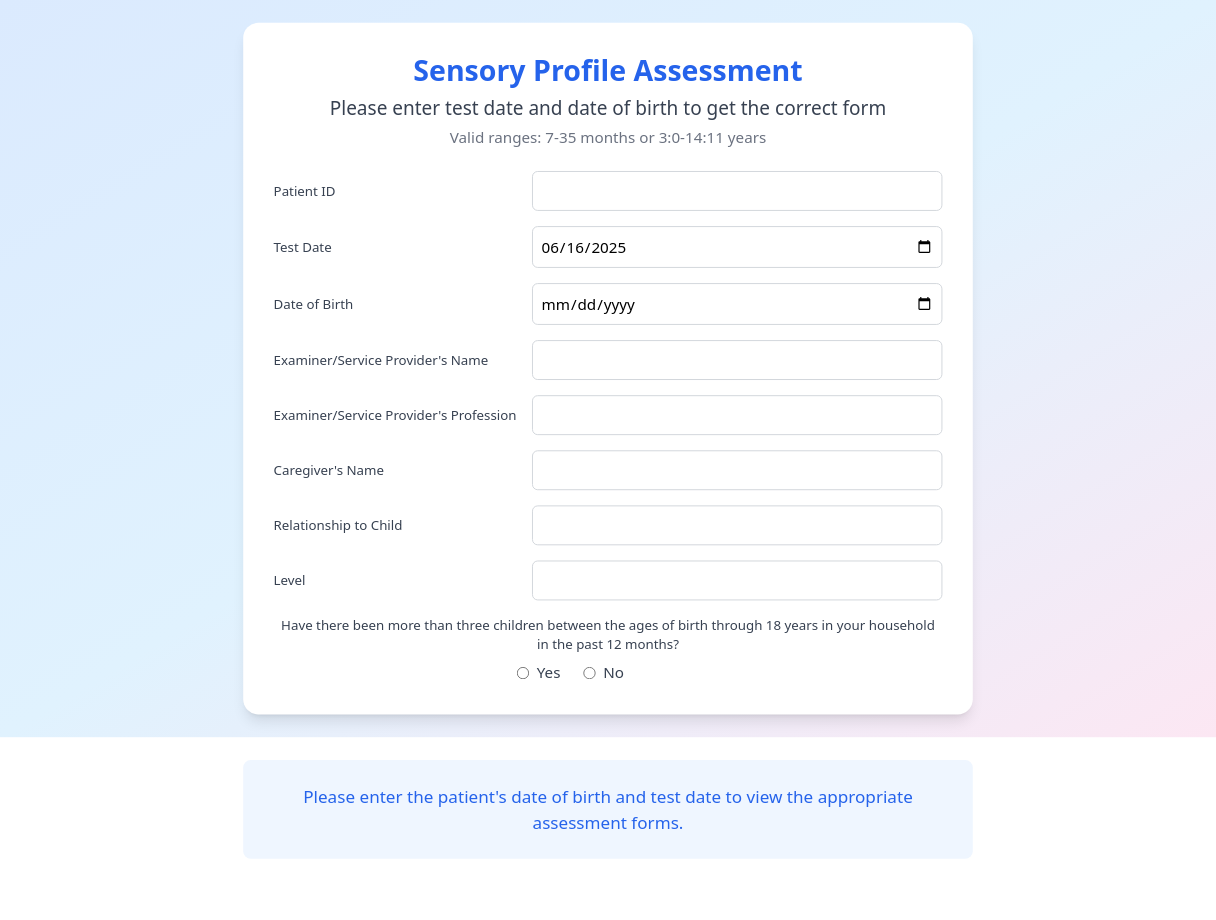
Repository: tharakasaranga/MathavamMergedProject
Page: / (app in client/)
An editor plug-in stored every save of this project. The page is shown before and after a run of saves, followed by the edit.
The browser window is 1280 px wide. The pictures show the whole page, at 95% of full size.
The project was rebuilt for these pictures with package versions that can differ from the ones it lists, and the page was loaded fresh each time. Also part of the build but not shown: client/vite.config.js, client/src/components/assessmentForms/SensoryProfile/Scores.jsx, client/src/components/assessmentForms/SensoryProfile/BaseForm.jsx, client/src/components/assessmentForms/SensoryProfile/ChildSensoryProfile2Form/AuditoryProcessingForm.jsx, client/src/components/assessmentForms/SensoryProfile/ChildSensoryProfile2Form/VisualProcessingForm.jsx, client/src/components/assessmentForms/SensoryProfile/ChildSensoryProfile2Form/TouchProcessingForm.jsx, client/src/components/assessmentForms/SensoryProfile/ChildSensoryProfile2Form/MovementProcessingForm.jsx, client/src/components/assessmentForms/SensoryProfile/ChildSensoryProfile2Form/BodyPositionProcessingForm.jsx and 12 more.

Above is the page before, as saved 2025-06-16 11:01:25.

After the next 3 saves:
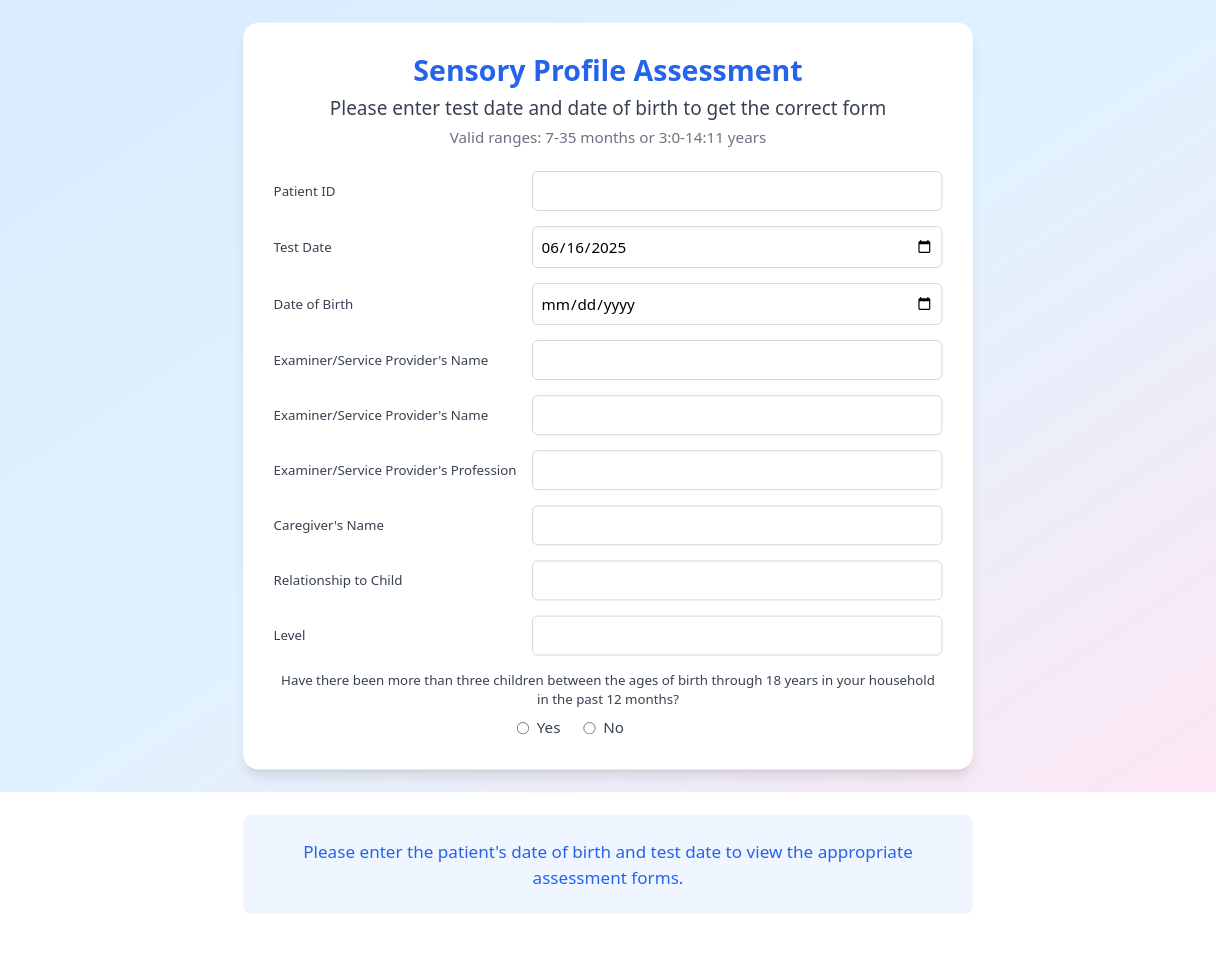
The 3 saves are shown as one change because they came seconds apart.
The last was saved 18 s later.
--- a/client/src/components/assessmentForms/SensoryProfile/Base.jsx
+++ b/client/src/components/assessmentForms/SensoryProfile/Base.jsx
@@ -209,22 +209,24 @@ function Base({ onAgeChange }) {
               label: "Examiner/Service Provider's Name",
               type: "text",
             },
+            ,
+            {
+              id: "examinerName",
+              label: "Examiner/Service Provider's Name",
+              type: "text",
+            },
             {
               id: "examinerProfession",
               label: "Examiner/Service Provider's Profession",
               type: "text",
             },
-            { id: "caregiverName",
-              label: "Caregiver's Name",
-              type: "text" },
+            { id: "caregiverName", label: "Caregiver's Name", type: "text" },
             {
               id: "caregiverRelation",
               label: "Relationship to Child",
               type: "text",
             },
-            { id: "level",
-              label: "Level",
-              type: "number" },
+            { id: "level", label: "Level", type: "number" },
           ].map((field) => (
             <div className="flex items-center gap-4" key={field.id}>
               <label
